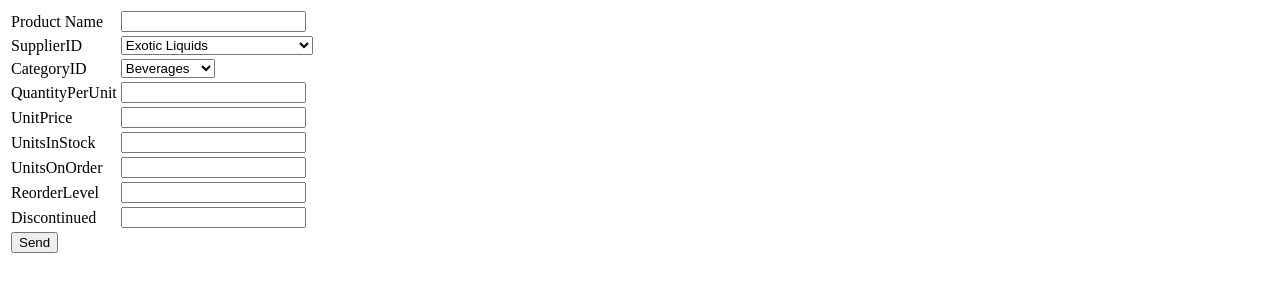
Repository: kaza1509/PRJ301
Page: SE1613/web/addProducts.html
These files come from the project's save history. The page is drawn as it stood at one moment and after a run of saves; the edit follows.
The browser window is 1280 px wide. The pictures show the whole page.

Above is the page before, as saved 2022-01-19 17:01:07.

### SE1613/web/addProducts.html
<!DOCTYPE html>
<html lang="en">
    <head>
        <meta charset="UTF-8">
        <meta http-equiv="X-UA-Compatible" content="IE=edge">
        <meta name="viewport" content="width=device-width, initial-scale=1.0">
        <title>Document</title>
    </head>
    <body>

        <form action="controllerProduct">
            <table>
                <tr>
                    <td>Product Name</td>
                    <td>
                        <input type="text" name="productName">
                    </td>
                </tr>
                <tr>
                    <td>SupplierID</td>
                    <td>
                        <select name="supplierId" id="SupplierID">
                            <option value="1">Exotic Liquids</option>
                            <option value="2">New Orleans Cajun Delights</option>
                            <option value="3">Grandma Kelly's Homestead</option>
                        </select>
                    </td>
                </tr>
                <tr>
                    <td>CategoryID</td>
                    <td>
                        <select name="categoryId" id="CategoryID">
                            <option value="1">Beverages</option>
                            <option value="2">Condiments</option>
                            <option value="3">Confections</option>
                        </select>
                    </td>
                </tr>
                <tr>
                    <td>QuantityPerUnit</td>
                    <td>
                        <input type="text" name="quantityPerUnit">
                    </td>
                </tr>
                <tr>
                    <td>UnitPrice</td>
                    <td>
                        <input type="number" name="unitPrice" id="">
                    </td>
                </tr>
                <tr>
                    <td>UnitsInStock</td>
                    <td>
                        <input type="number" name="" id="">
                    </td>
                </tr>
                <tr>
                    <td>UnitsOnOrder</td>
                    <td>
                        <input type="number" name="unitsInStock" id="">
                    </td>
                </tr>
                <tr>
                    <td>ReorderLevel</td>
                    <td>
                        <input type="number" name="reorderLevel" id="">
                    </td>
                </tr>
                <tr>
                    <td>Discontinued</td>
                    <td>
                        <input type="number" name="discontinued" id="">
                    </td>
                </tr>
                <tr>
                    <td>
                        <input type="submit" value="Send">
                    </td>
                    <td></td>
                </tr>
            </table>
        </form>

    </body>
</html>

After the next 2 saves:
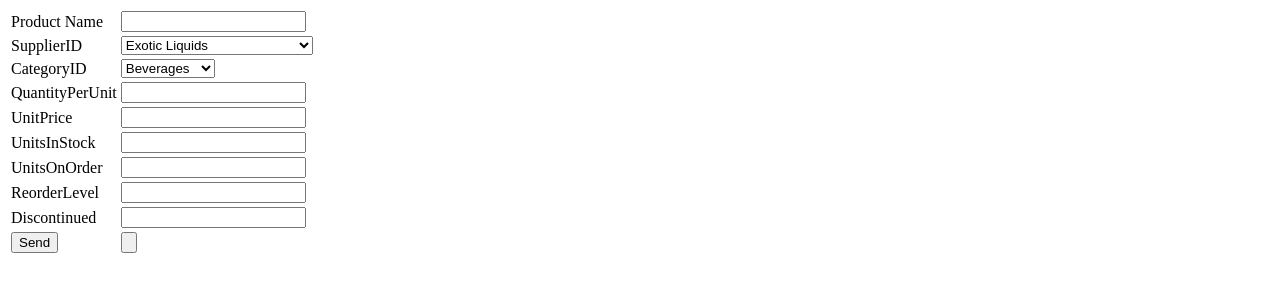
The 2 saves are shown as one change because they came seconds apart.
The last was saved 8 s later.
--- a/SE1613/web/addProducts.html
+++ b/SE1613/web/addProducts.html
@@ -76,7 +76,9 @@
                     <td>
                         <input type="submit" value="Send">
                     </td>
-                    <td></td>
+                    <td>
+                        <input type="reset" value="">
+                    </td>
                 </tr>
             </table>
         </form>
